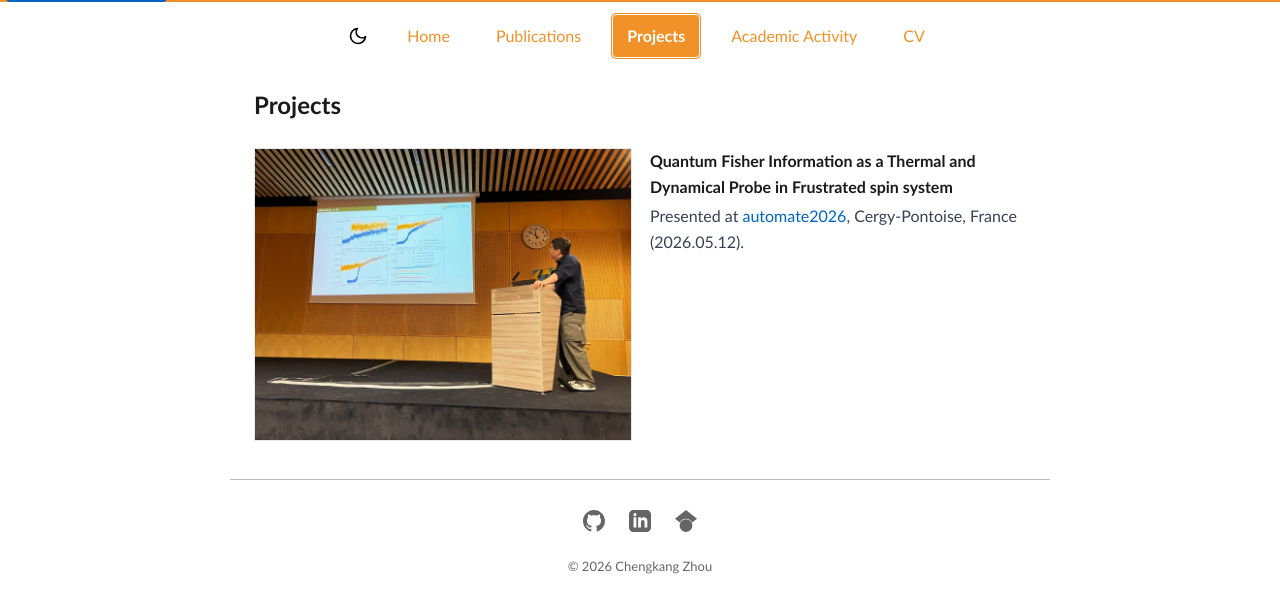
Repository: argyibug/zhouchk
Page: projects.html
The author's editor kept a copy of each file at every save. The page is drawn from the files as they stood at one save, then again after the next save.
The browser window is 1280 px wide. The pictures show the whole page.

Above is the page before, as saved 2026-06-01 10:16:39.

### projects.html
<!DOCTYPE HTML>
<html lang="en">

<head>
  <meta http-equiv="Content-Type" content="text/html; charset=UTF-8">
  <title>Projects - Chengkang Zhou</title>
  <meta name="author" content="Chengkang Zhou">
  <meta name="viewport" content="width=device-width, initial-scale=1">
  <meta name="description" content="Projects by Chengkang Zhou.">
  <meta name="robots" content="index, follow">

  <meta property="og:title" content="Projects - Chengkang Zhou">
  <meta property="og:description" content="Projects by Chengkang Zhou.">
  <meta property="og:image" content="https://argyibug.github.io/zhouchk/figures/me.jpg">
  <meta property="og:url" content="https://argyibug.github.io/zhouchk/projects.html">
  <meta property="og:type" content="profile">

  <meta name="twitter:card" content="summary">
  <meta name="twitter:title" content="Projects - Chengkang Zhou">
  <meta name="twitter:description" content="Projects by Chengkang Zhou.">
  <meta name="twitter:image" content="https://argyibug.github.io/zhouchk/figures/me.jpg">

  <link rel="stylesheet" type="text/css" href="stylesheet.css">
  <link rel="stylesheet" type="text/css" href="shared-styles.css">
  <link rel="icon" type="image/png" href="figures/logo.png">
  <style>
    .page-title {
      font-size: 24px;
      font-weight: 700;
      color: #1a1a1a;
      margin-bottom: 24px;
      text-align: left;
    }

    .project-item {
      margin-bottom: 16px;
      padding: 0;
      display: flex;
      align-items: stretch;
      gap: 20px;
    }

    .project-media {
      flex: 0 0 calc(50% - 10px);
      max-width: calc(50% - 10px);
    }

    .project-demo-image {
      width: 100%;
      height: 100%;
      min-height: 260px;
      object-fit: cover;
      border: 1px solid #e5e7eb;
      background-color: var(--section-bg);
    }

    .project-content {
      flex: 0 0 calc(50% - 10px);
      max-width: calc(50% - 10px);
    }

    .project-no-media .project-content {
      flex: 1 1 100%;
      max-width: 100%;
    }

    .project-title {
      font-size: 16px;
      font-weight: 600;
      margin-bottom: 4px;
      color: #1a1a1a;
    }

    .project-title a {
      font-size: 16px;
    }

    .project-description {
      margin-bottom: 0;
      line-height: 1.6;
      color: #374151;
    }

    #projects-list {
      list-style: none !important;
      padding-left: 0 !important;
    }

    [data-theme="dark"] .page-title { color: var(--text-color); }
    [data-theme="dark"] .project-title { color: var(--text-color); }
    [data-theme="dark"] .project-description { color: var(--text-color); }
    [data-theme="dark"] .project-demo-image { border-color: #374151; }

    @media screen and (max-width: 768px) {
      .project-item {
        flex-direction: column;
        gap: 10px;
      }

      .project-media,
      .project-content {
        flex: 1 1 100%;
        max-width: 100%;
      }

      .project-demo-image {
        width: 100%;
        height: auto;
        min-height: 0;
        max-height: 380px;
        object-fit: contain;
      }
    }
  </style>
</head>

<body>
  <div id="site-nav"></div>

  <main id="main-content" class="main-content-wrapper page-shell">
    <h1 class="page-title">Projects</h1>

    <div style="margin-bottom:24px;">
      <ul id="projects-list">
        <!-- Projects will be inserted here -->
      </ul>
    </div>
  </main>

  <div id="site-footer"></div>

  <!-- Load JavaScript files -->
  <script src="site-shell.js"></script>
  <script src="utils.js"></script>
  <!-- Load data first, then populate projects -->
  <script src="data.js"></script>
  <script>
    // Projects page specific script
    document.addEventListener('DOMContentLoaded', function() {
      // Populate all projects (both selected and non-selected)
      populateProjects(getAllProjects(), 'projects-list');

      // Initialize dark mode toggle (uses utils.js with sun/moon icons)
      initializeDarkMode();

      // Initialize back to top button
      initializeBackToTop();
    });

    /**
     * Function to populate projects in the specified container element
     * @param {Array} projects - Array of project objects
     * @param {string} containerId - ID of the container element to populate
     */
    function populateProjects(projects, containerId) {
      const container = document.getElementById(containerId);
      if (!container) return;

      projects.forEach(project => {
        const li = document.createElement('li');
        li.className = 'project-item';

        // Project demo image
        if (project.demoPath) {
          const imgDiv = document.createElement('div');
          imgDiv.className = 'project-media';
          const img = document.createElement('img');
          img.src = project.demoPath;
          img.alt = `${project.title} demo`;
          img.className = 'project-demo-image';
          img.loading = 'lazy';

          // Check if project has a homepage link to make image clickable
          const homepageMatch = project.description.match(/<a href="([^"]+)">Project Homepage<\/a>/);
          if (homepageMatch) {
            const homepageUrl = homepageMatch[1];
            const imgLink = document.createElement('a');
            imgLink.href = homepageUrl;
            imgLink.target = '_blank';
            imgLink.rel = 'noopener';
            imgLink.style.textDecoration = 'none';
            imgLink.appendChild(img);
            imgDiv.appendChild(imgLink);
          } else {
            imgDiv.appendChild(img);
          }

          li.appendChild(imgDiv);
        } else {
          li.classList.add('project-no-media');
        }

        // Project content container
        const contentDiv = document.createElement('div');
        contentDiv.className = 'project-content';

        // Project title with homepage link
        const titleDiv = document.createElement('div');
        titleDiv.className = 'project-title';

        // Check if project has a homepage link in the description
        const homepageMatch = project.description.match(/<a href="([^"]+)">Project Homepage<\/a>/);
        if (homepageMatch) {
          const homepageUrl = homepageMatch[1];
          const titleText = project.title;
          titleDiv.innerHTML = `<strong><a href="${homepageUrl}" target="_blank" rel="noopener">${titleText}</a></strong>`;
        } else {
          titleDiv.textContent = project.title;
        }

        // Project description (remove homepage link from description since it's now in title)
        const descDiv = document.createElement('div');
        descDiv.className = 'project-description';
        // Remove the homepage link from description since it's now in the title
        const cleanDescription = project.description.replace(/<a href="[^"]+">Project Homepage<\/a>/, '');
        // Clean up any extra spaces or punctuation that might be left
        const finalDescription = cleanDescription.replace(/\s*\(\s*\)\s*/, '').trim();
        descDiv.innerHTML = finalDescription;

        // Append elements
        contentDiv.appendChild(titleDiv);
        contentDiv.appendChild(descDiv);
        li.appendChild(contentDiv);
        container.appendChild(li);
      });
    }

    // Dark mode functions are loaded from utils.js
  </script>
</body>

</html>

### shared-styles.css
/**
 * Shared Styles for All Pages
 * Contains navigation, layout, and common component styles
 */

/* Navigation Styles */
.page-shell {
  max-width: 820px;
  margin: 0 auto;
  padding: 32px 24px 48px;
}

.page-shell-footer {
  max-width: 820px;
  margin: 0 auto;
  padding: 0 24px;
}

.page-shell-footer-wide {
  max-width: 1200px;
  padding: 0 20px;
}

.nav-buttons {
  display: flex;
  justify-content: flex-end;
  align-items: center;
  gap: 18px;
  padding: 20px 35px;
  flex-wrap: wrap;
  border-top: 2px solid var(--secondary-color);
}

.nav-button {
  display: inline-block;
  padding: 6px 12px;
  background-color: transparent;
  color: var(--secondary-color);
  font-weight: 500;
  font-size: 14px;
  transition: all 0.25s ease;
  text-align: center;
  border: 1px solid transparent;
  border-radius: 4px;
}

.nav-button:hover {
  color: var(--secondary-color);
  background-color: var(--hover-bg);
}

/* Theme Toggle Button - Sun/Moon Icons */
.theme-toggle {
  background: transparent;
  border: none;
  border-radius: 8px;
  width: 36px;
  height: 36px;
  cursor: pointer;
  display: flex;
  align-items: center;
  justify-content: center;
  transition: all 0.2s ease;
  color: var(--text-color);
  padding: 6px;
}

.theme-toggle:hover {
  background-color: var(--hover-bg);
  color: var(--secondary-color);
}

.theme-toggle:focus {
  outline: 2px solid var(--primary-color);
  outline-offset: 2px;
}

.theme-toggle svg {
  width: 20px;
  height: 20px;
}

/* Navigation Active State */
.nav-button[aria-current="page"] {
  color: #ffffff;
  font-weight: 600;
  background-color: var(--secondary-color);
  border-color: #ffffff;
  box-shadow: 0 0 0 1px var(--secondary-color);
}

/* Main Content Layout - Only applies to pages without specific overrides */

/* List Spacing */
.section-spacing ul,
.section-spacing ul.publication-list,
td ul {
  margin-top: 0px !important;
  margin-bottom: 0px !important;
}

.section-spacing li,
.section-spacing ul li,
td li,
td ul li,
li {
  margin-bottom: 8px !important;
  margin-top: 0px !important;
  padding-bottom: 0px !important;
  padding-top: 0px !important;
}

.publication-list li,
ul.publication-list li {
  margin-bottom: 12px !important;
  margin-top: 0px !important;
  padding-bottom: 0px !important;
  padding-top: 0px !important;
}

li p {
  margin: 0px !important;
  padding: 0px !important;
}

/* Publication Styles - Consistent indentation */
.publication-list {
  list-style-type: none !important;
  padding-left: 0 !important;
  margin: 0 0 20px 0 !important;
}

/* Ensure all lists have consistent indentation */
ul, ol {
  list-style-type: none !important;
  padding-left: 0 !important;
  margin: 0 0 20px 0 !important;
}

/* Override any specific list variations */
#projects-list, #research-experience-list, #academic-services-list, #teaching-list, #honors-list {
  list-style-type: none !important;
  padding-left: 0 !important;
  margin: 0 0 20px 0 !important;
}

/* Ensure all content inside main-content-wrapper is properly aligned */
.main-content-wrapper > * {
  box-sizing: border-box;
}

.publication-list li {
  margin-bottom: 16px;
}

.papertitle {
  margin-bottom: 6px;
}

.new-badge {
  color: #6b7280;
  font-size: 12px;
  font-weight: 600;
  letter-spacing: 0.04em;
  text-transform: uppercase;
  margin-right: 8px;
}

[data-theme="dark"] .new-badge {
  color: #9ca3af;
}

.paper_rest {
  margin-bottom: 6px;
}

.paper_rest b,
.paper_rest strong {
  color: var(--secondary-color);
  font-weight: 800;
  font-size: 1.06em;
}

.paper-venue {
  color: #9ca3af;
}

[data-theme="dark"] .paper-venue {
  color: #888;
}

.paper-links {
  font-size: 16px;
}

.paper-links a {
  color: var(--primary-color);
  font-weight: 400;
  transition: color 0.2s ease;
}

.paper-links a:hover,
.paper-links a:focus-visible {
  color: var(--secondary-color);
  outline: none;
}

.paper-links a:focus {
  outline: none;
}

.detail-container,
.abstract-container,
.citation-container {
  margin-top: 12px;
}

.abstract-toggle,
.citation-toggle {
  display: inline;
  padding: 0;
  margin: 0;
  font-size: 16px;
  font-family: inherit;
  font-weight: 400;
  color: var(--primary-color);
  background: none;
  border: none;
  cursor: pointer;
  text-decoration: none;
  transition: color 0.2s ease;
}

.abstract-toggle:hover,
.abstract-toggle:focus-visible,
.citation-toggle:hover,
.citation-toggle:focus-visible {
  color: var(--secondary-color);
}

.abstract-toggle:focus,
.citation-toggle:focus {
  outline: none;
}

.abstract-toggle[aria-expanded="true"],
.citation-toggle[aria-expanded="true"] {
  color: var(--secondary-color);
}

.detail-content {
  margin-top: 10px;
  padding: 0;
  border: none;
  background: transparent;
  box-shadow: none;
  line-height: 1.6;
  font-size: 16px;
}

.abstract-content {
  text-align: justify;
  text-justify: inter-word;
}

.detail-content p {
  margin: 0 0 10px 0;
}

.detail-content p:last-child {
  margin-bottom: 0;
}

.detail-content pre {
  margin: 0;
  padding: 12px 14px;
  background-color: var(--section-bg);
  border: 1px solid var(--border-color);
  border-radius: 6px;
  font-size: 13px;
  overflow: auto;
}

/* Page Title Styles */
.page-title {
  text-align: left;
  font-size: 24px;
  font-weight: 700;
  margin-bottom: 24px;
  color: #1a1a1a;
}

/* Responsive Design */
@media screen and (max-width: 1315px) {
  .nav-buttons {
    justify-content: center;
    gap: 12px 16px;
    padding: 12px 16px;
  }

  .nav-button {
    display: inline-flex;
    align-items: center;
    justify-content: center;
    padding: 8px 14px;
    font-size: 16px;
  }

  .theme-toggle {
    order: -1; /* Move theme toggle to the left */
  }

  .main-content-wrapper:not(.page-shell) {
    padding: 0 15px;
  }
}

@media screen and (max-width: 768px) {
  .page-shell {
    padding: 24px 16px 40px;
  }

  .page-shell-footer {
    padding: 0 16px;
  }

  .page-shell-footer-wide {
    padding: 0 10px;
  }
}

@media screen and (max-width: 600px) {
  .theme-toggle {
    width: 32px;
    height: 32px;
  }

  .theme-toggle svg {
    width: 18px;
    height: 18px;
  }
}

/* Back to Top Button */
.back-to-top {
  position: fixed;
  bottom: 30px;
  right: 30px;
  width: 44px;
  height: 44px;
  background-color: var(--primary-color);
  color: white;
  border: none;
  border-radius: 50%;
  cursor: pointer;
  display: flex;
  align-items: center;
  justify-content: center;
  opacity: 0;
  visibility: hidden;
  transition: all 0.3s ease;
  box-shadow: 0 2px 10px rgba(0, 0, 0, 0.2);
  z-index: 999;
}

.back-to-top.visible {
  opacity: 1;
  visibility: visible;
}

.back-to-top:hover {
  background-color: var(--secondary-color);
  transform: translateY(-3px);
  box-shadow: 0 4px 15px rgba(0, 0, 0, 0.3);
}

.back-to-top svg {
  width: 20px;
  height: 20px;
}

/* Enhanced Footer - Refined styling with subtle hover effects */
.site-footer {
  border-top: 1px solid var(--border-color);
  margin-top: 40px;
  padding: 30px 20px;
  text-align: center;
}

.footer-social {
  display: flex;
  justify-content: center;
  gap: 24px;
  margin-bottom: 18px;
}

.footer-social a {
  color: var(--text-color);
  opacity: 0.6;
  transition: all 0.3s ease;
}

.footer-social a:hover {
  color: var(--primary-color);
  opacity: 1;
  transform: translateY(-2px);
}

.footer-social svg {
  width: 22px;
  height: 22px;
}

.footer-copyright {
  font-size: 13px;
  color: var(--text-color);
  opacity: 0.6;
  margin: 0;
}

@media screen and (max-width: 600px) {
  .back-to-top {
    bottom: 20px;
    right: 20px;
    width: 40px;
    height: 40px;
  }

  .footer-social {
    gap: 15px;
  }

  .footer-social svg {
    width: 20px;
    height: 20px;
  }
}

### site-shell.js
/**
 * Shared site shell renderer for static pages.
 * Injects the navigation, footer, skip link, and back-to-top button.
 */

(function() {
  const NAV_ITEMS = [
    { key: 'home', href: 'index.html', label: 'Home' },
    { key: 'publications', href: 'publications.html', label: 'Publications' },
    { key: 'projects', href: 'projects.html', label: 'Projects' },
    { key: 'blogs', href: 'blogs.html', label: 'Academic Activity' },
    { key: 'cv', href: 'files/ZCK_resume.pdf', label: 'CV' }
  ];

  const FOOTER_SOCIALS = [
    {
      href: 'https://github.com/argyibug',
      label: 'GitHub',
      icon: '<svg xmlns="http://www.w3.org/2000/svg" width="22" height="22" viewBox="0 0 24 24" fill="currentColor"><path d="M12 0c-6.626 0-12 5.373-12 12 0 5.302 3.438 9.8 8.207 11.387.599.111.793-.261.793-.577v-2.234c-3.338.726-4.033-1.416-4.033-1.416-.546-1.387-1.333-1.756-1.333-1.756-1.089-.745.083-.729.083-.729 1.205.084 1.839 1.237 1.839 1.237 1.07 1.834 2.807 1.304 3.492.997.107-.775.418-1.305.762-1.604-2.665-.305-5.467-1.334-5.467-5.931 0-1.311.469-2.381 1.236-3.221-.124-.303-.535-1.524.117-3.176 0 0 1.008-.322 3.301 1.23.957-.266 1.983-.399 3.003-.404 1.02.005 2.047.138 3.006.404 2.291-1.552 3.297-1.23 3.297-1.23.653 1.653.242 2.874.118 3.176.77.84 1.235 1.911 1.235 3.221 0 4.609-2.807 5.624-5.479 5.921.43.372.823 1.102.823 2.222v3.293c0 .319.192.694.801.576 4.765-1.589 8.199-6.086 8.199-11.386 0-6.627-5.373-12-12-12z"/></svg>'
    },
    {
      href: 'https://www.linkedin.com/in/chengkang-zhou-54811a204/',
      label: 'LinkedIn',
      icon: '<svg xmlns="http://www.w3.org/2000/svg" width="22" height="22" viewBox="0 0 24 24" fill="currentColor"><path d="M19 0h-14c-2.761 0-5 2.239-5 5v14c0 2.761 2.239 5 5 5h14c2.762 0 5-2.239 5-5v-14c0-2.761-2.238-5-5-5zm-11 19h-3v-11h3v11zm-1.5-12.268c-.966 0-1.75-.79-1.75-1.764s.784-1.764 1.75-1.764 1.75.79 1.75 1.764-.783 1.764-1.75 1.764zm13.5 12.268h-3v-5.604c0-3.368-4-3.113-4 0v5.604h-3v-11h3v1.765c1.396-2.586 7-2.777 7 2.476v6.759z"/></svg>'
    },
    {
      href: 'https://scholar.google.com/citations?user=aALMUAwAAAAJ&hl=zh-TW&oi=ao',
      label: 'Google Scholar',
      icon: '<svg xmlns="http://www.w3.org/2000/svg" width="22" height="22" viewBox="0 0 24 24" fill="currentColor"><path d="M5.242 13.769L0 9.5 12 0l12 9.5-5.242 4.269C17.548 11.249 14.978 9.5 12 9.5c-2.977 0-5.548 1.748-6.758 4.269zM12 10a7 7 0 1 0 0 14 7 7 0 0 0 0-14z"/></svg>'
    }
  ];

  function whenReady(fn) {
    if (document.readyState === 'loading') {
      document.addEventListener('DOMContentLoaded', fn);
      return;
    }
    fn();
  }

  function getPathSegments() {
    const { pathname } = window.location;
    return pathname.split('/').filter(Boolean);
  }

  // Known site-internal subdirectories (relative to the project root).
  // Pages that live inside one of these are walked back up to the project
  // root when computing nav links.
  const KNOWN_SUBDIRS = new Set(['papers']);

  function getProjectBase() {
    // Returns the absolute URL path of the project root, with trailing slash.
    // Examples:
    //   /index.html                                 -> /
    //   /publications.html                          -> /
    //   /Academic-Homepage-Template/                -> /Academic-Homepage-Template/
    //   /Academic-Homepage-Template/cv.html         -> /Academic-Homepage-Template/
    //   /Academic-Homepage-Template/papers/foo.html -> /Academic-Homepage-Template/
    const path = window.location.pathname;
    const dir = path.substring(0, path.lastIndexOf('/') + 1) || '/';
    const segments = dir.split('/').filter(Boolean);
    while (segments.length > 0 && KNOWN_SUBDIRS.has(segments[segments.length - 1])) {
      segments.pop();
    }
    return '/' + (segments.length ? segments.join('/') + '/' : '');
  }

  function toRootHref(href) {
    return getProjectBase() + href;
  }

  function getCurrentPage() {
    const segments = getPathSegments();
    if (segments.includes('papers')) {
      return 'publications';
    }

    const fileName = segments.length === 0 || window.location.pathname.endsWith('/')
      ? 'index.html'
      : segments[segments.length - 1].split('?')[0];

    const pageMap = {
      'index.html': 'home',
      'publications.html': 'publications',
      'projects.html': 'projects',
      'blogs.html': 'blogs',
      'blog-post.html': 'blogs',
      'photography.html': 'photography',
      'cv.html': 'cv'
    };

    return pageMap[fileName] || '';
  }

  function getFooterCopy() {
    const bodyCopy = document.body.dataset.footerCopy;
    if (bodyCopy) {
      return bodyCopy;
    }

    if (getCurrentPage() === 'photography') {
      return '© 2026 Chengkang Zhou. All photographs are original works.';
    }

    return '© 2026 Chengkang Zhou';
  }

  function getFooterClassName() {
    const footerSize = document.body.dataset.footerWidth;
    if (footerSize === 'wide' || getCurrentPage() === 'photography') {
      return 'page-shell-footer page-shell-footer-wide';
    }
    return 'page-shell-footer';
  }

  function buildNav() {
    const currentPage = getCurrentPage();
    const hasMainContent = Boolean(document.getElementById('main-content'));
    const navLinks = NAV_ITEMS.map((item) => {
      const ariaCurrent = item.key === currentPage ? ' aria-current="page"' : '';
      const opensInNewTab = item.key === 'cv' && /\.pdf$/i.test(item.href);
      const targetAttr = opensInNewTab ? ' target="_blank" rel="noopener"' : '';
      return `<a href="${toRootHref(item.href)}" class="nav-button"${ariaCurrent}${targetAttr}>${item.label}</a>`;
    }).join('');

    return `${hasMainContent ? '<a href="#main-content" class="skip-link">Skip to main content</a>' : ''}
  <nav class="nav-buttons" role="navigation" aria-label="Main navigation">
    ${navLinks}
    <button id="theme-toggle" class="theme-toggle" aria-label="Toggle dark mode" title="Toggle dark/light mode"></button>
  </nav>`;
  }

  function buildFooter() {
    const socialLinks = FOOTER_SOCIALS.map((item) => `
        <a href="${item.href}" aria-label="${item.label}" target="_blank" rel="noopener">
          ${item.icon}
        </a>`).join('');

    return `
  <div class="${getFooterClassName()}">
    <footer class="site-footer">
      <div class="footer-social">${socialLinks}
      </div>
      <p class="footer-copyright">${getFooterCopy()}</p>
    </footer>
  </div>
  <button id="back-to-top" class="back-to-top" aria-label="Back to top">
    <svg xmlns="http://www.w3.org/2000/svg" width="20" height="20" viewBox="0 0 24 24" fill="none" stroke="currentColor" stroke-width="2" stroke-linecap="round" stroke-linejoin="round"><polyline points="18 15 12 9 6 15"></polyline></svg>
  </button>`;
  }

  function ensureMathJaxLoaded() {
    if (window.MathJax || document.getElementById('mathjax-script')) {
      return;
    }

    window.MathJax = {
      tex: {
        inlineMath: [['\\(', '\\)'], ['$', '$']]
      },
      options: {
        skipHtmlTags: ['script', 'noscript', 'style', 'textarea', 'pre', 'code']
      }
    };

    const script = document.createElement('script');
    script.id = 'mathjax-script';
    script.async = true;
    script.src = 'https://cdn.jsdelivr.net/npm/mathjax@3/es5/tex-chtml.js';
    document.head.appendChild(script);
  }

  function injectSiteShell() {
    ensureMathJaxLoaded();

    const navMount = document.getElementById('site-nav');
    if (navMount) {
      navMount.innerHTML = buildNav();
    }

    const footerMount = document.getElementById('site-footer');
    if (footerMount) {
      footerMount.innerHTML = buildFooter();
    }
  }

  whenReady(injectSiteShell);
})();

Loaded but not shown: data.js (245 lines, source omitted); utils.js (95 lines, source omitted); stylesheet.css (381 lines, source omitted)

After the next save:
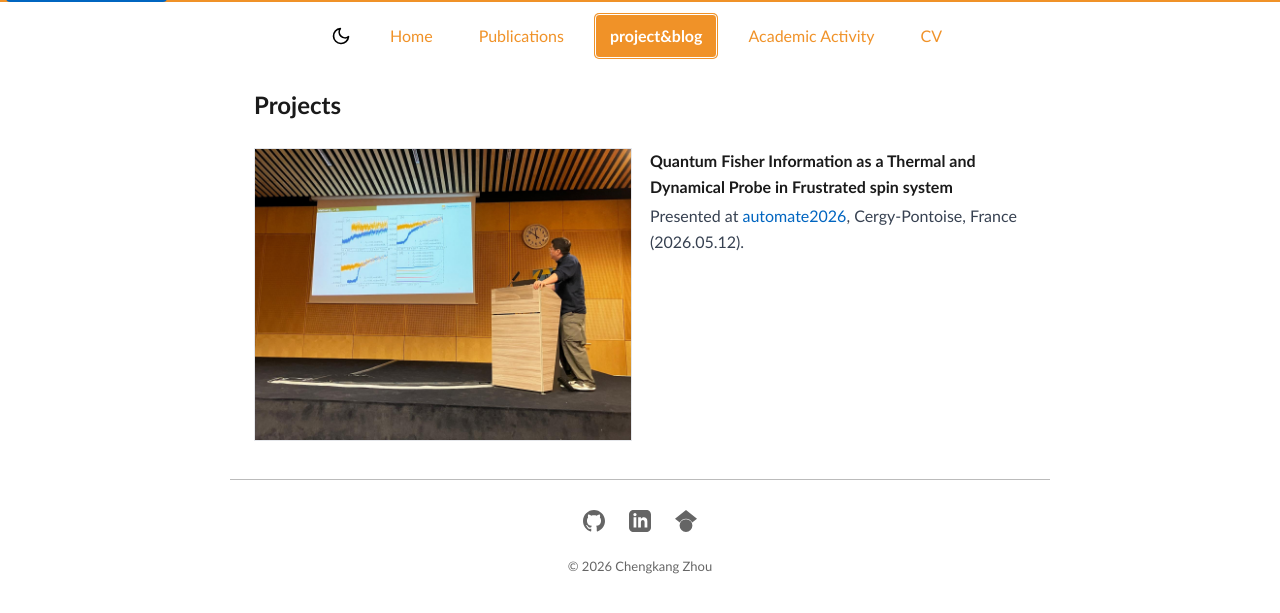
Saved 70 s later.
--- a/site-shell.js
+++ b/site-shell.js
@@ -7,7 +7,7 @@
   const NAV_ITEMS = [
     { key: 'home', href: 'index.html', label: 'Home' },
     { key: 'publications', href: 'publications.html', label: 'Publications' },
-    { key: 'projects', href: 'projects.html', label: 'Projects' },
+    { key: 'projects', href: 'projects.html', label: 'project&blog' },
     { key: 'blogs', href: 'blogs.html', label: 'Academic Activity' },
     { key: 'cv', href: 'files/ZCK_resume.pdf', label: 'CV' }
   ];
